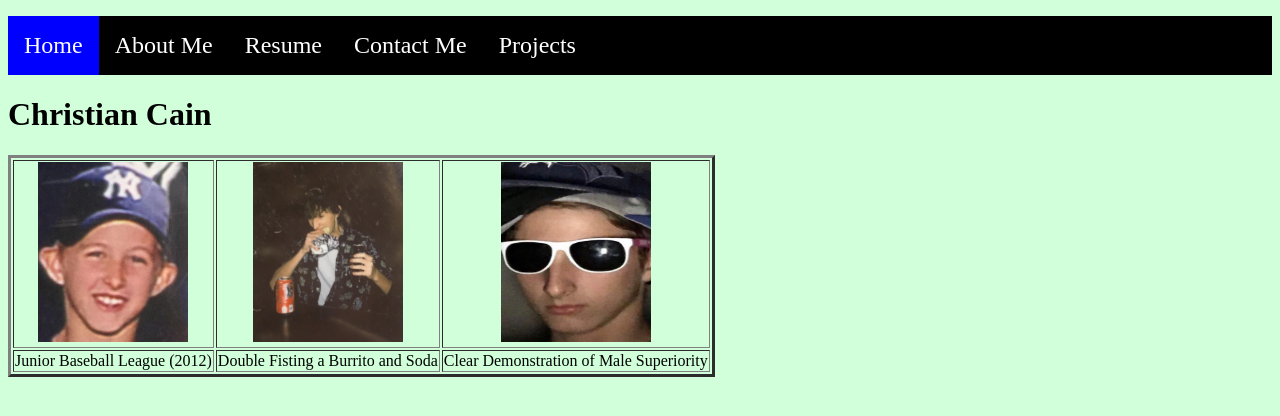
Repository: ChristianCain/ChristianCain.github.io
Page: test.html
The author's editor kept a record of every edit. The page is drawn from the files as they stood at one moment, then again after the next edit.
The browser window is 1280 px wide. The pictures show the whole page.

Above is the page before.

### test.html
<!DOCTYPE html>
<html>
    <head>

        <title>Home</title>

        <link rel="stylesheet" type="text/css" href="style.css">

    </head>
    <body>
        <ul class="navbar">
            <li class="active"><a href="index.html">Home</a></li>
            <li><a href="aboutme.html">About Me</a></li>
            <li><a href="resume.html">Resume</a></li>
            <li><a href="contactme.html">Contact Me</a></li>
            <li class = "dropdown"</li>
                <div>Projects</div>
                <ul class="dropdown-content">
                    <li><a href="#">Project 1</a></li>
                    <li><a href="#">Project 2</a></li>
                    <li><a href="#">Project 3</a></li>

                </ul>


        </ul>
    <h1>Christian Cain</h1>

            <table border="3">
                <tr>
                 <th><img src="images/babychristian.jpg" alt="babychristian" width="150" height="180"></th>
                 <th><img src="images/munchinchristian.jpg" alt="munchinchristian" width="150" height="180"></th>
                 <th><img src="images/coolchristian.jpg" alt="coolchristian" width="150" height="180"></th>
                </tr>
                <tr>
                 <td>Junior Baseball League (2012)</td>
                 <td>Double Fisting a Burrito and Soda</td>
                 <td>Clear Demonstration of Male Superiority</td>
                </tr>

            </table>
        <body bgcolor="#d1ffda">
    </body>

### style.css



            .navbar{
            list-style: none;
            background-color: black;
            overflow: hidden;
            padding: 0;
            }


            .navbar a, .dropdown div{
                text-decoration: none;
                color: white;
                font-size: 24px;
                padding: 16px;
                display: inline-block;

            }
            .navbar li{
                float: left;
            }

            .navbar li:hover{
                background-color:pink;
            }

            .dropdown-content{
                list-style: none;
                padding: 0;
                display: none;
                position: absolute;
                z-index: 1;
                background-color: black;

            }

            .dropdown-content li{
                float: none;
            }

            .dropdown:hover .dropdown-content{
                display: block;
            }

            .active{
                background-color: blue;
            }

After the next edit:
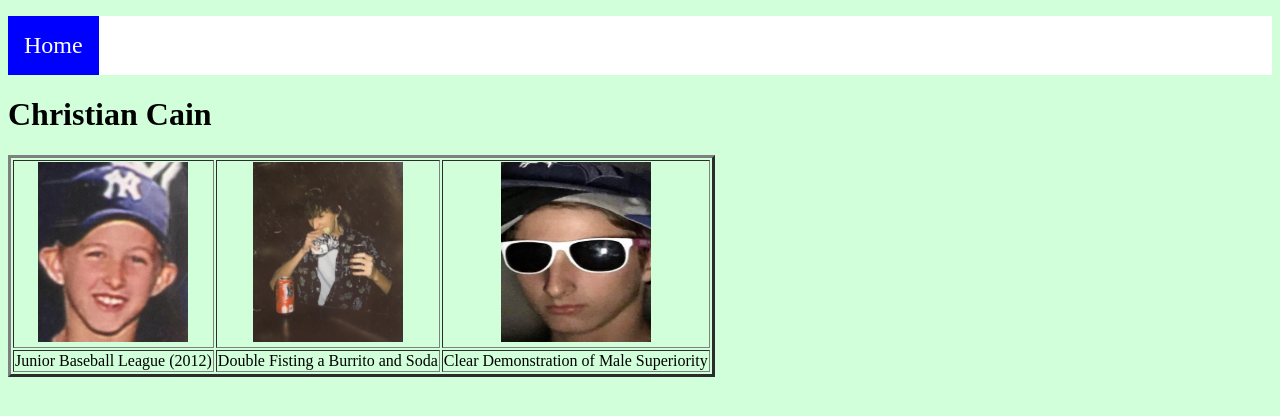
The edit:
--- a/style.css
+++ b/style.css
@@ -3,7 +3,7 @@
 
             .navbar{
             list-style: none;
-            background-color: black;
+            background-color: white;
             overflow: hidden;
             padding: 0;
             }
